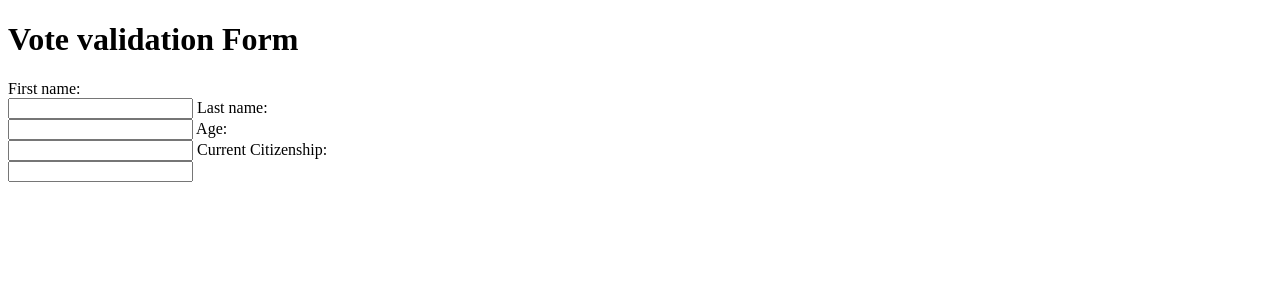
Repository: shafraz17/Servlet
Page: http://localhost/SemLab4/VoteForm.jsp
An editor plug-in stored every save of this project. The page is shown before and after the next save, followed by the edit.
The browser window is 1280 px wide. The pictures show the whole page.
The page is served by Tomcat 9.

Above is the page before, as saved 2019-01-19 05:37:14.

After the next save:
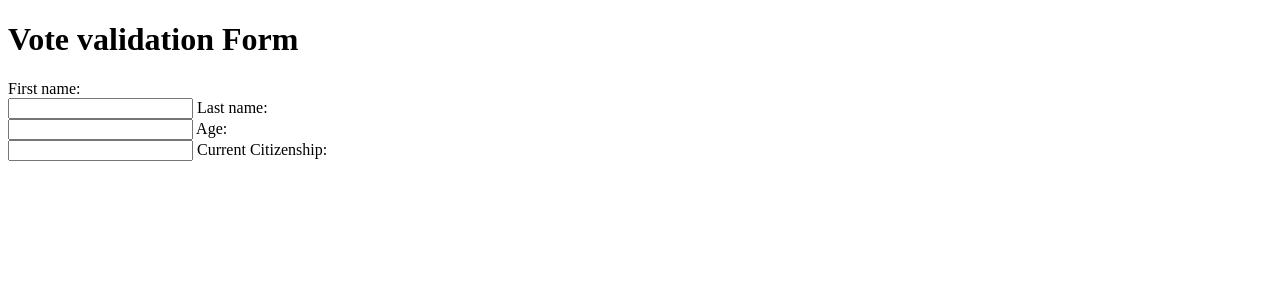
Saved 21 s later.
--- a/JSP LAB/SemLab4/WebContent/VoteForm.jsp
+++ b/JSP LAB/SemLab4/WebContent/VoteForm.jsp
@@ -20,7 +20,7 @@
 	<input type="text" name="age">
 
 	Current Citizenship:<br>
-	<input type=>
+
 
 
 
